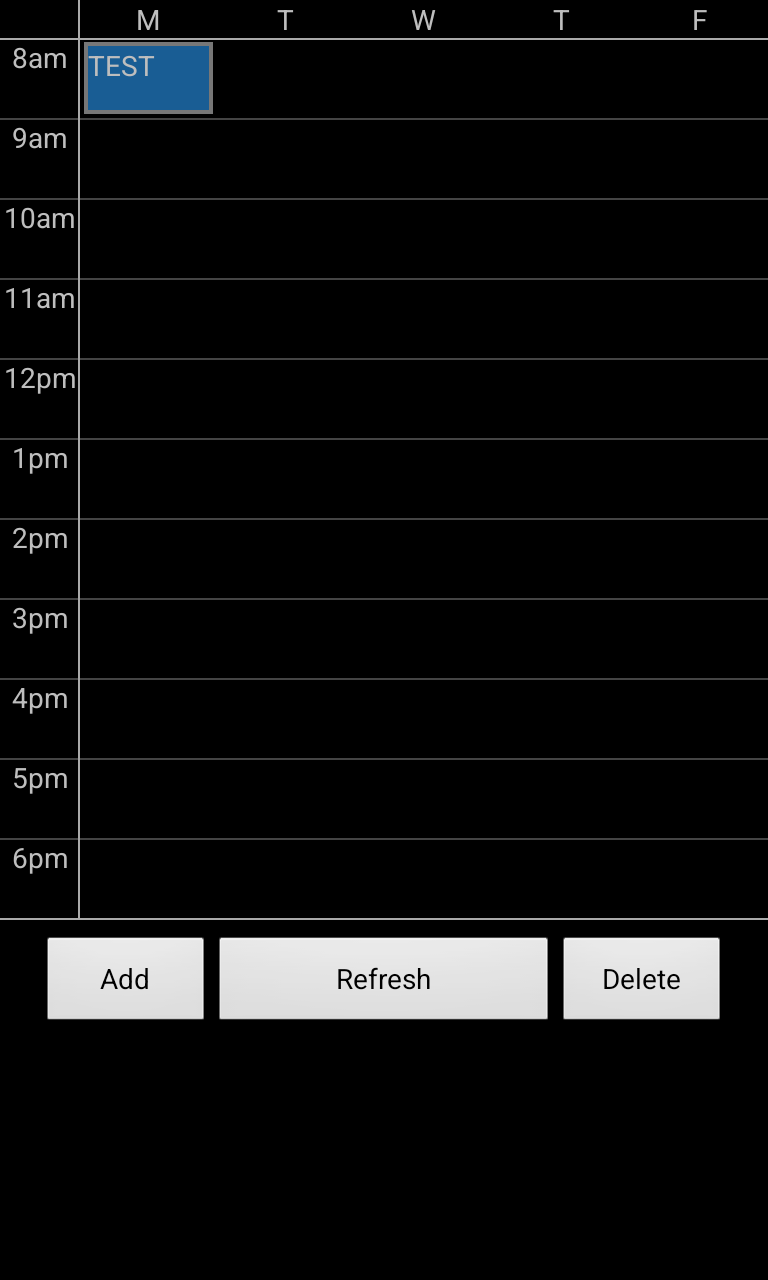
Repository: appsfactory/OfficeHours
Layout: OfficeHoursClient/res/layout/activity_schedule_view.xml
An editor plug-in stored every save of this project. The layout is shown before and after the next save, followed by the edit.
It is drawn on a 768 x 1280 px phone screen (xhdpi) without system bars, with theme AppTheme; the app's code is not run.

Above is the layout before, as saved 2012-09-27 18:02:42.

### OfficeHoursClient/res/layout/activity_schedule_view.xml
<?xml version="1.0" encoding="utf-8"?>
<LinearLayout xmlns:android="http://schemas.android.com/apk/res/android"
    android:layout_width="fill_parent"
    android:layout_height="wrap_content"
    android:orientation="vertical" >


    <RelativeLayout
        android:id="@+id/relativeLayout1"
        android:layout_width="match_parent"
        android:layout_height="wrap_content" >

        <TextView android:background="#aaa" android:layout_width = "1dp" android:layout_height="wrap_content" android:layout_marginTop="0dp" android:layout_marginLeft="39dp" android:text=" "/>

		<!-- HEADERS -->
        <LinearLayout
            android:id="@+id/linearLayout1"
            android:layout_width="wrap_content"
            android:layout_height="wrap_content"
            android:layout_alignParentLeft="true"
            android:layout_alignParentRight="true"
            android:layout_alignParentTop="true" >

            <TextView
                android:id="@+id/mon_header"
                android:layout_width="0dp"
                android:layout_height="wrap_content"
                android:layout_marginLeft="40dp"
                android:layout_weight="2"
                android:gravity="center"
                android:text="M" />

            <TextView
                android:id="@+id/tue_header"
                android:layout_width="0dp"
                android:layout_height="wrap_content"
                android:layout_weight="2"
                android:gravity="center"
                android:text="T" />

            <TextView
                android:id="@+id/wed_header"
                android:layout_width="0dp"
                android:layout_height="wrap_content"
                android:layout_weight="2"
                android:gravity="center"
                android:text="W" />

            <TextView
                android:id="@+id/thu_header"
                android:layout_width="0dp"
                android:layout_height="wrap_content"
                android:layout_weight="2"
                android:gravity="center"
                android:text="T" />

            <TextView
                android:id="@+id/fri_header"
                android:layout_width="0dp"
                android:layout_height="wrap_content"
                android:layout_weight="2"
                android:gravity="center"
                android:text="F" />
        </LinearLayout>
    </RelativeLayout>

    <ScrollView
        android:id="@+id/scrollView1"
        android:layout_width="match_parent"
        android:layout_height="wrap_content"
        android:padding="0dp"
        android:scrollbars="none" >"

		<!--  GRID/BORDERS -->
        <RelativeLayout
            android:id="@+id/relativeLayout242"
            android:layout_width="match_parent"
            android:layout_height="wrap_content"
            android:padding="0dp" >



            <View android:background="#aaa" android:layout_width = "fill_parent" android:layout_height="1dp" android:layout_marginTop="0dp" />
            <View android:background="#444" android:layout_width = "fill_parent" android:layout_height="1dp" android:layout_marginTop="40dp"/>
            <View android:background="#444" android:layout_width = "fill_parent" android:layout_height="1dp" android:layout_marginTop="80dp"/>
            <View android:background="#444" android:layout_width = "fill_parent" android:layout_height="1dp" android:layout_marginTop="120dp"/>
            <View android:background="#444" android:layout_width = "fill_parent" android:layout_height="1dp" android:layout_marginTop="160dp"/>
            <View android:background="#444" android:layout_width = "fill_parent" android:layout_height="1dp" android:layout_marginTop="200dp"/>
            <View android:background="#444" android:layout_width = "fill_parent" android:layout_height="1dp" android:layout_marginTop="240dp"/>
            <View android:background="#444" android:layout_width = "fill_parent" android:layout_height="1dp" android:layout_marginTop="280dp"/>
            <View android:background="#444" android:layout_width = "fill_parent" android:layout_height="1dp" android:layout_marginTop="320dp"/>
            <View android:background="#444" android:layout_width = "fill_parent" android:layout_height="1dp" android:layout_marginTop="360dp"/>
            <View android:background="#444" android:layout_width = "fill_parent" android:layout_height="1dp" android:layout_marginTop="400dp"/>
            <View android:background="#aaa" android:layout_width = "fill_parent" android:layout_height="1dp" android:layout_marginTop="440dp"/>
            <View android:background="#aaa" android:layout_width = "1dp" android:layout_height="441dp" android:layout_marginTop="0dp" android:layout_marginLeft="39dp"/>

<!--
            <View android:background="#777" android:layout_width = "fill_parent" android:layout_height="1dp" android:layout_marginTop="20dp"/>
            <View android:background="#777" android:layout_width = "fill_parent" android:layout_height="1dp" android:layout_marginTop="60dp"/>
            <View android:background="#777" android:layout_width = "fill_parent" android:layout_height="1dp" android:layout_marginTop="100dp"/>
            <View android:background="#777" android:layout_width = "fill_parent" android:layout_height="1dp" android:layout_marginTop="140dp"/>
            <View android:background="#777" android:layout_width = "fill_parent" android:layout_height="1dp" android:layout_marginTop="180dp"/>
            <View android:background="#777" android:layout_width = "fill_parent" android:layout_height="1dp" android:layout_marginTop="220dp"/>
            <View android:background="#777" android:layout_width = "fill_parent" android:layout_height="1dp" android:layout_marginTop="260dp"/>
            <View android:background="#777" android:layout_width = "fill_parent" android:layout_height="1dp" android:layout_marginTop="300dp"/>
            <View android:background="#777" android:layout_width = "fill_parent" android:layout_height="1dp" android:layout_marginTop="340dp"/>
            <View android:background="#777" android:layout_width = "fill_parent" android:layout_height="1dp" android:layout_marginTop="380dp"/>
            <View android:background="#777" android:layout_width = "fill_parent" android:layout_height="1dp" android:layout_marginTop="420dp"/> -->


            <LinearLayout
                android:id="@+id/linearLayout2"
                android:layout_width="match_parent"
                android:layout_height="wrap_content"
                android:padding="0dp" >

                <!-- SIDEBAR -->

                <RelativeLayout
                    android:id="@+id/sidebar"
                    android:layout_width="37dp"
                    android:layout_height="wrap_content"
                    android:layout_marginLeft="1.5dp"
                    android:layout_marginRight="1.5dp"
                    android:padding="0dp" >

                    <TextView
                        android:id="@+id/textView10"
                        android:layout_width="match_parent"
                        android:layout_height="wrap_content"
                        android:layout_marginTop="0dp"
                        android:gravity="center"
                        android:text="8am" />

                    <TextView
                        android:id="@+id/textView10"
                        android:layout_width="match_parent"
                        android:layout_height="wrap_content"
                        android:layout_marginTop="40dp"
                        android:gravity="center"
                        android:text="9am" />

                    <TextView
                        android:id="@+id/textView10"
                        android:layout_width="match_parent"
                        android:layout_height="wrap_content"
                        android:layout_marginTop="80dp"
                        android:gravity="center"
                        android:text="10am" />

                    <TextView
                        android:id="@+id/textView10"
                        android:layout_width="match_parent"
                        android:layout_height="wrap_content"
                        android:layout_marginTop="120dp"
                        android:gravity="center"
                        android:text="11am" />

                    <TextView
                        android:id="@+id/textView10"
                        android:layout_width="match_parent"
                        android:layout_height="wrap_content"
                        android:layout_marginTop="160dp"
                        android:gravity="center"
                        android:text="12pm" />

                    <TextView
                        android:id="@+id/textView10"
                        android:layout_width="match_parent"
                        android:layout_height="wrap_content"
                        android:layout_marginTop="200dp"
                        android:gravity="center"
                        android:text="1pm" />

                    <TextView
                        android:id="@+id/textView10"
                        android:layout_width="match_parent"
                        android:layout_height="wrap_content"
                        android:layout_marginTop="240dp"
                        android:gravity="center"
                        android:text="2pm" />

                    <TextView
                        android:id="@+id/textView10"
                        android:layout_width="match_parent"
                        android:layout_height="wrap_content"
                        android:layout_marginTop="280dp"
                        android:gravity="center"
                        android:text="3pm" />

                    <TextView
                        android:id="@+id/textView10"
                        android:layout_width="match_parent"
                        android:layout_height="wrap_content"
                        android:layout_marginTop="320dp"
                        android:gravity="center"
                        android:text="4pm" />

                    <TextView
                        android:id="@+id/textView10"
                        android:layout_width="match_parent"
                        android:layout_height="wrap_content"
                        android:layout_marginTop="360dp"
                        android:gravity="center"
                        android:text="5pm" />

                    <TextView
                        android:id="@+id/textView10"
                        android:layout_width="match_parent"
                        android:layout_height="wrap_content"
                        android:layout_marginTop="400dp"
                        android:gravity="center"
                        android:text="6pm" />
                </RelativeLayout>

                <RelativeLayout
                    android:id="@+id/relativeLayout3"
                    android:layout_width="0dp"
                    android:layout_height="match_parent"
                    android:layout_weight="14"
                    android:padding="0dp" >

                    <LinearLayout
                        android:id="@+id/linearLayout3"
                        android:layout_width="match_parent"
                        android:layout_height="wrap_content"
                        android:layout_alignParentLeft="true"
                        android:layout_alignParentRight="true"
                        android:layout_alignParentTop="true"
                        android:padding="0dp" >


                        <!-- COLUMNS -->
                        <RelativeLayout
                            android:id="@+id/moncolumn"
                            android:layout_width="0dp"
                            android:layout_height="match_parent"
                            android:layout_weight="1" >

							<View android:background="#777" android:layout_width = "fill_parent" android:layout_height="36dp" android:layout_margin="2dp" />
							<TextView
							    android:background="#195D94"
							    android:layout_width = "fill_parent"
							    android:layout_height="32dp"
							    android:layout_margin="4dp"
							    android:text="TEST" />


							<!-- <TextView
        android:id="@+id/login_subtitle"
        android:layout_width="wrap_content"
        android:layout_height="wrap_content"
        android:layout_below="@+id/login_title"
        android:layout_centerHorizontal="true"
        android:text="@string/login_subtitle"
        android:textAppearance="?android:attr/textAppearanceLarge" /> -->

                        </RelativeLayout>

                        <RelativeLayout
                            android:id="@+id/tuecolumn"
                            android:layout_width="0dp"
                            android:layout_height="match_parent"
                            android:layout_weight="1" >

                        </RelativeLayout>

                        <RelativeLayout
                            android:id="@+id/wedcolumn"
                            android:layout_width="0dp"
                            android:layout_height="match_parent"
                            android:layout_weight="1" >

                        </RelativeLayout>

                        <RelativeLayout
                            android:id="@+id/thucolumn"
                            android:layout_width="0dp"
                            android:layout_height="match_parent"
                            android:layout_weight="1" >

                        </RelativeLayout>

                        <RelativeLayout
                            android:id="@+id/fricolumn"
                            android:layout_width="0dp"
                            android:layout_height="match_parent"
                            android:layout_weight="1" >

                            <Button
                                android:id="@+id/button1"
                                android:layout_width="fill_parent"
                                android:layout_height="180dp"
                                android:layout_marginTop="480dp"
                                android:text="Some Event" />

                        </RelativeLayout>

                    </LinearLayout>
                </RelativeLayout>
            </LinearLayout>
        </RelativeLayout>
    </ScrollView>

    <LinearLayout
        android:id="@+id/footer"
        android:layout_width="match_parent"
        android:layout_height="wrap_content"
        android:padding="0dp"
        android:layout_marginTop="7.5dp"
        android:layout_marginLeft="20dp"
        android:layout_marginRight="20dp" >

        <Button
            android:id="@+id/addbutton"
            android:layout_width="0dp"
            android:layout_height="fill_parent"
            android:layout_weight="1"
            android:text="Add" />
        <Button
            android:id="@+id/addbutton"
            android:layout_width="0dp"
            android:layout_height="fill_parent"
            android:layout_weight="2"
            android:text="Refresh" />
        <Button
            android:id="@+id/addbutton"
            android:layout_width="0dp"
            android:layout_height="fill_parent"
            android:layout_weight="1"
            android:text="Delete" />

    </LinearLayout>

</LinearLayout>

### OfficeHoursClient/res/values/styles.xml
<resources>

    <style name="AppTheme" parent="android:Theme.Black.NoTitleBar" />

</resources>

### OfficeHoursClient/res/values/strings.xml
<resources>

    <string name="app_name">Office Hours @ the Hub</string>
    <string name="hello_world">Hello world!</string>
    <string name="menu_settings">Settings</string>
    <string name="title_activity_sign__in">Sign_In</string>
    <string name="schedule_button">My Schedule</string>
    <string name="title_activity_log__in">Log_In</string>
    <string name="login_title">OFFICE HOURS</string>
    <string name="login_subtitle"> \@ the hub</string>
    <string name="login_footer">By the Apps Factory Wizards</string>
    <string name="title_activity_sign_in_checker">SignInChecker</string>
    <string name="title_activity_schedule_view">ScheduleView</string>

</resources>

After the next save:
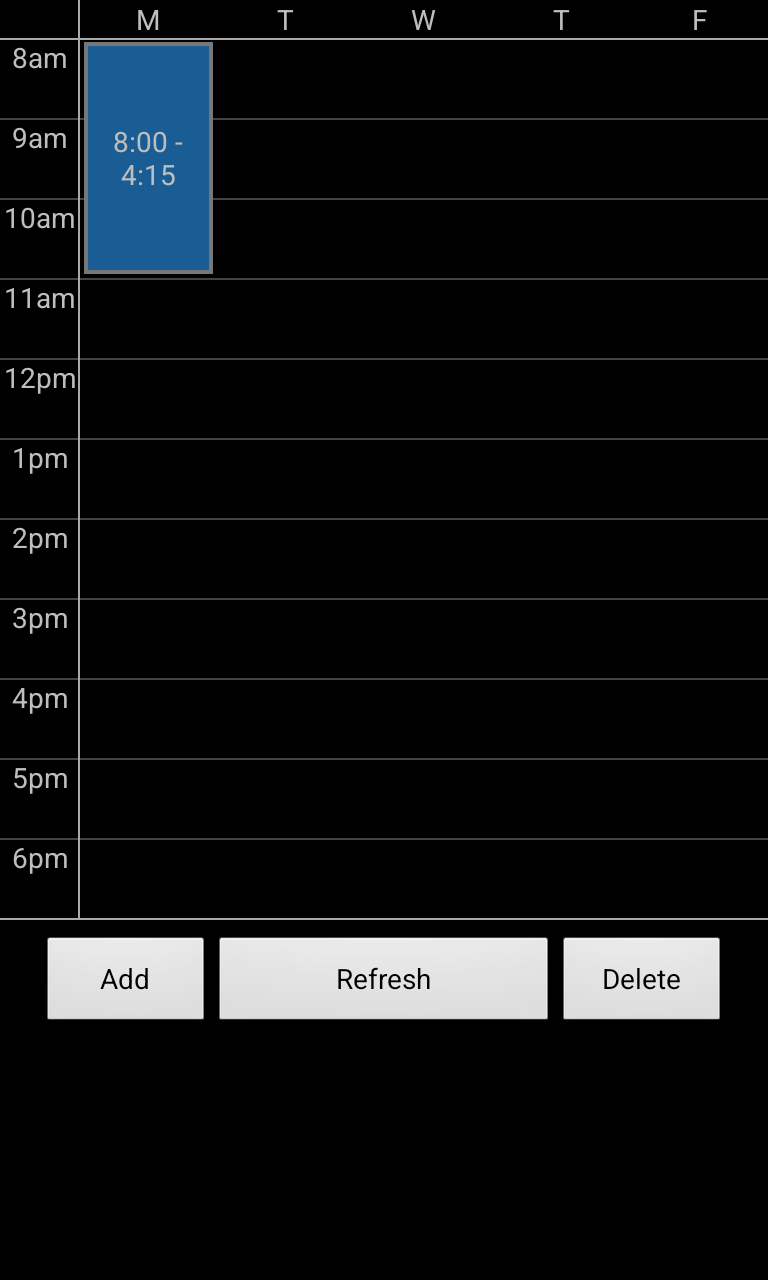
Saved 100 s later.
--- a/OfficeHoursClient/res/layout/activity_schedule_view.xml
+++ b/OfficeHoursClient/res/layout/activity_schedule_view.xml
@@ -237,14 +237,15 @@
                             android:layout_height="match_parent"
                             android:layout_weight="1" >
 
-							<View android:background="#777" android:layout_width = "fill_parent" android:layout_height="36dp" android:layout_margin="2dp" />
+							<View android:background="#777" android:layout_width = "fill_parent" android:layout_height="116dp" android:layout_margin="2dp" />
+
 							<TextView
+							    android:layout_width="fill_parent"
+							    android:layout_height="112dp"
+							    android:layout_margin="4dp"
 							    android:background="#195D94"
-							    android:layout_width = "fill_parent"
-							    android:layout_height="32dp"
-							    android:layout_margin="4dp"
-							    android:text="TEST" />
-
+							    android:gravity="center"
+							    android:text="8:00 - 4:15" />
 
 							<!-- <TextView
         android:id="@+id/login_subtitle"
